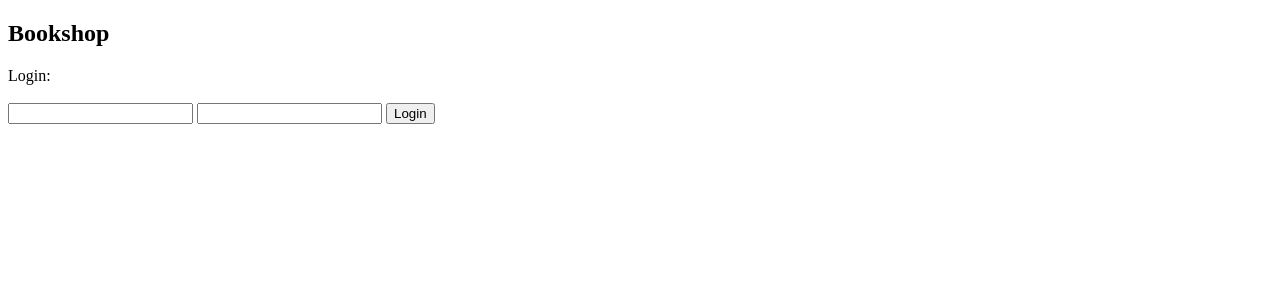
Repository: zlenyk/wrzucak
Page: http://localhost/Shop/registration.jsp
These files come from the project's save history. The page is drawn as it stood at one moment and after the next save; the edit follows.
The browser window is 1280 px wide. The pictures show the whole page.
The page is served by Tomcat 9.

Above is the page before, as saved 2013-09-04 14:57:08.

### Shop/WebContent/registration.jsp
<%@ page language="java" contentType="text/html; charset=ISO-8859-1"
    pageEncoding="ISO-8859-1"%>
<!DOCTYPE html PUBLIC "-//W3C//DTD HTML 4.01 Transitional//EN" "http://www.w3.org/TR/html4/loose.dtd">
<html>
<head>
<meta http-equiv="Content-Type" content="text/html; charset=ISO-8859-1">
<head>
  <title>Bookshop</title>
</head>
<body>
  <h2>Bookshop</h2>
<body>
  <form method="POST" action="http://localhost:8080/Shop/Login">
    Login:<br /><br />
    <input type="text" name="login" />
    <input type="text" name="password" />
    <input type="hidden" name ="action" value = "login" />
    <input type="submit" value="Login" />
  </form>
</body>
</html>

After the next save:
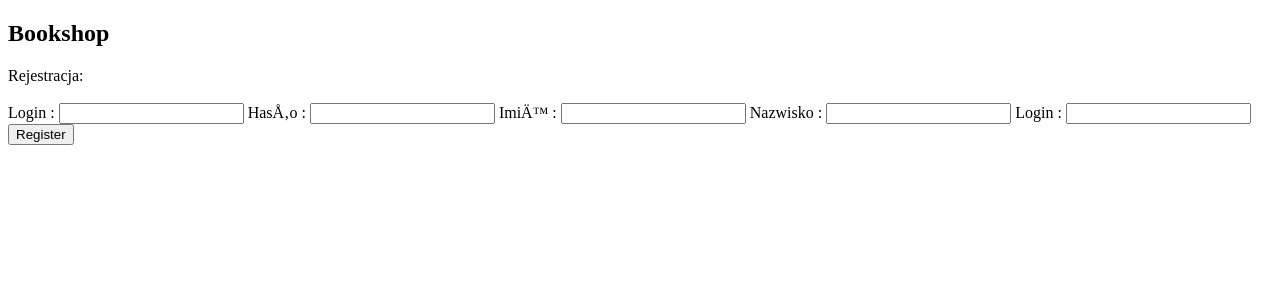
Saved 4 min 48 s later.
--- a/Shop/WebContent/registration.jsp
+++ b/Shop/WebContent/registration.jsp
@@ -11,11 +11,14 @@
   <h2>Bookshop</h2>
 <body>
   <form method="POST" action="http://localhost:8080/Shop/Login">
-    Login:<br /><br />
-    <input type="text" name="login" />
-    <input type="text" name="password" />
+    Rejestracja:<br /><br />
+    Login : <input type="text" name="login" />
+    Hasło : <input type="text" name="password" />
+    Imię : <input type="text" name="name" />
+    Nazwisko : <input type="text" name="surname" />
+        Login : <input type="text" name="login" />
     <input type="hidden" name ="action" value = "login" />
-    <input type="submit" value="Login" />
+    <input type="submit" value="Register" />
   </form>
 </body>
 </html>
